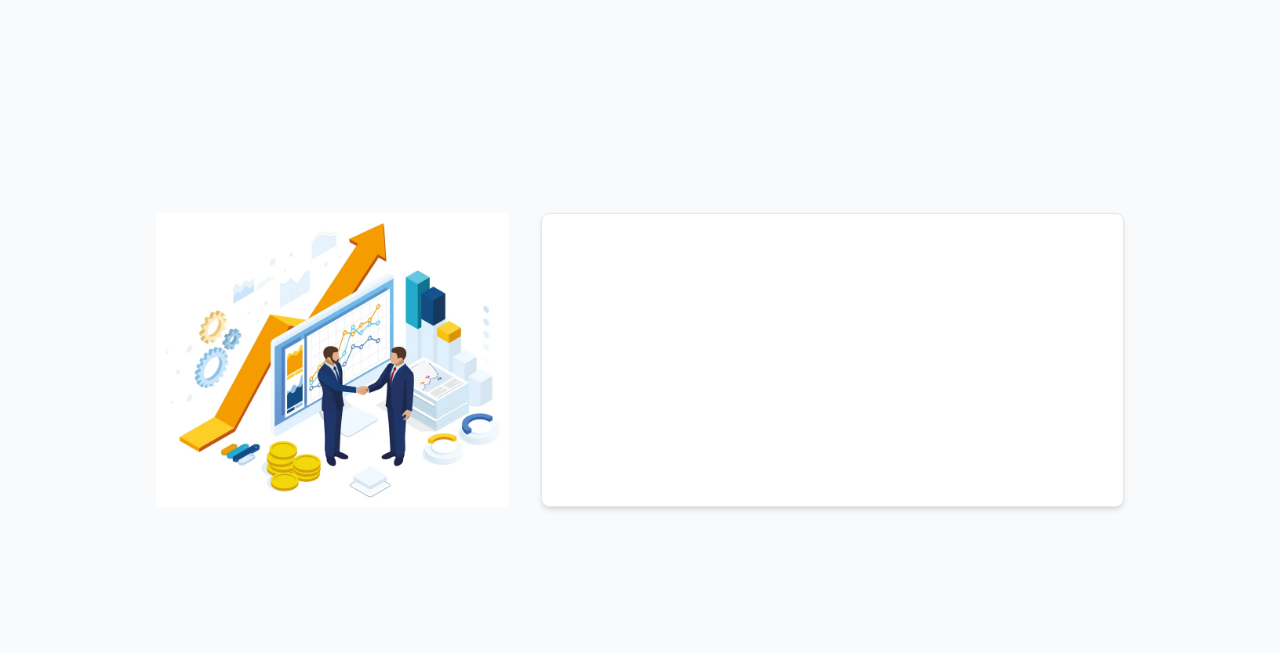
Repository: Fortivera/yourestate
Page: /
An editor plug-in stored every save of this project. The page is shown before and after the next save, followed by the edit.
The browser window is 1280 px wide. The pictures show the whole page.
The project was rebuilt for these pictures with package versions that can differ from the ones it lists, and the page was loaded fresh each time. The framework's server and built-in components were replaced by stand-ins that run in the browser. Also part of the build but not shown: next.config.js.

Above is the page before, as saved 2023-11-02 15:10:25.

### src/app/layout.tsx
import './globals.css'



export const metadata = {
  title: 'Home',
  description: "great explanation of something",
}

export default function RootLayout({ children }: { children: React.ReactNode }) {
  return (
    <html lang="en">
      <body>
        {children}
      </body>
    </html>
  );
}

### src/app/page.tsx
import Link from "next/link";
import Image from "next/image";
import SvgNewUser from "public/static/SvgNewUser";
import SvgPassword from "public/static/SvgPassword";

export default function Login() {
  return (
    <div className="min-h-screen bg-gray-50 flex items-center justify-center">
      <div className="w-full px-4 py-10 tablet:w-[540px] laptop:w-[1000px] laptop:flex laptop:flex-row laptop:space-x-8">
        {/* Image */}
        <figure className="laptop:w-[600px] tablet:w-full">
          <Image
            src="/static/growth.jpg"
            alt="login page picture"
            layout="responsive"
            width={600} // Set a fixed width for desktop and laptop
            height={400} // Adjust the height as needed
            className="w-full"
          />
        </figure>

        {/* Form */}
        <div className="w-full px-4 pb-8 pt-2 bg-white border rounded-lg shadow-md">
          {/* ... rest of the code ... */}
        </div>
      </div>
    </div>
  );
}

### src/app/globals.css

@import url('https://fonts.googleapis.com/css2?family=Lora:ital,wght@0,400;0,500;0,600;1,400;1,500;1,600&family=Montserrat:ital,wght@0,300;0,400;0,500;0,600;1,300;1,400;1,500;1,600&family=Poppins:ital,wght@0,300;0,400;0,500;0,600;0,700;0,800;0,900;1,300;1,400;1,500;1,600;1,700;1,800;1,900&family=Noto+Sans:ital,wght@0,300;0,400;0,500;0,600;0,700;0,800;0,900;1,300;1,400;1,500;1,600;1,700;1,800;1,900&display=swap');

@tailwind base;
@tailwind components;
@tailwind utilities;

.navbarDark{
  background-color:rgb(45 48 56 );
  color: #ddd;
}
.navbarLight {
  background-color: rgb(59 130 246 / 0.5);
  color: black;
}
.propertyListLight {
  background-color: rgb(249 250 251);
  color: black;
  border-color: rgb(229 231 235);
  }
.propertyListDark {
  background-color:rgb(45 48 56 / 0.95);
  color: #ddd;

}
.searchbarLight {
  background-color: rgb(248 250 252);
  color: black;

}
.searchbarDark {
  background-color:rgb(100 116 139 / 0.6);
  color: #ddd;
}
.propertyLight {
  background-color: rgb(249 250 251);
  color: black;

}
.propertyDark {
  background-color:rgb(45 48 56 / 0.95);
  color: #ddd;
}

### tailwind.config.js
/* eslint-disable prettier/prettier */
/** @type {import('tailwindcss').Config} */
module.exports = {
  content: [
    "./app/**/*.{js,ts,jsx,tsx}",
    "./pages/**/*.{js,ts,jsx,tsx}",
    "./components/**/*.{js,ts,jsx,tsx}",

    // Or if using `src` directory:
    "./src/**/*.{js,ts,jsx,tsx}",
  ],
  theme: {
    extend: {
      fontFamily: {
        Poppins: ["Poppins", "sans-serif"],
        Montserrat: ["Montserrat", "sans-serif"],
        Lora: ["Lora", "sans-serif"],
        Noto: ["Noto Sans", "sans-serif"],
      },
      screens: {
        'mobile': "320px",
        'tablet': "481px",
        'laptop': "769px",
       ' desktop': "1025px",
      },


    },
    plugins: [],
  },
}

### public/static/SvgNewUser.tsx
import * as React from "react"
import { SVGProps } from "react"
const SvgNewUser = (props: SVGProps<SVGSVGElement>) => (
  <svg
    xmlns="http://www.w3.org/2000/svg"
    width={800}
    height={800}
    fill="none"
    viewBox="0 0 24 24"
    {...props}
  >
    <g fill="#000" fillRule="evenodd" clipRule="evenodd">
      <path d="M12 2.75a3.75 3.75 0 1 0 0 7.5 3.75 3.75 0 0 0 0-7.5ZM6.75 6.5a5.25 5.25 0 1 1 10.5 0 5.25 5.25 0 0 1-10.5 0ZM4.25 18.571a5.321 5.321 0 0 1 5.321-5.321h4.858a5.321 5.321 0 0 1 5.321 5.321 4.179 4.179 0 0 1-4.179 4.179H8.43a4.179 4.179 0 0 1-4.179-4.179Zm5.321-3.821a3.821 3.821 0 0 0-3.821 3.821c0 1.48 1.2 2.679 2.679 2.679h7.142c1.48 0 2.679-1.2 2.679-2.679 0-2.11-1.71-3.821-3.821-3.821H9.57Z" />
    </g>
  </svg>
)
export default SvgNewUser

### public/static/SvgPassword.tsx
import * as React from "react"
import { SVGProps } from "react"
const SvgPassword = (props: SVGProps<SVGSVGElement>) => (
    <svg
        xmlns="http://www.w3.org/2000/svg"
        width={800}
        height={800}
        fill="none"
        viewBox="0 0 24 24"
        {...props}
    >
        <g fill="#000" fillRule="evenodd" clipRule="evenodd">
            <path d="M4.51 14.999a.689.689 0 0 1 .975 0l1.75 1.749a.689.689 0 0 1-.975.974l-1.75-1.75a.689.689 0 0 1 0-.973ZM6.698 12.812a.689.689 0 0 1 .974 0l1.749 1.75a.689.689 0 0 1-.974.974l-1.75-1.75a.689.689 0 0 1 0-.974Z" />
            <path d="M18.752 5.232c-2.32-2.313-6.075-2.312-8.386 0h-.001c-1.612 1.604-2.1 3.915-1.472 5.958.075.243.009.509-.172.69L3.74 16.86a.975.975 0 0 0-.184.341.912.912 0 0 0-.055.38l.001.006.262 1.901a.912.912 0 0 0 .262.474.857.857 0 0 0 .462.256l1.913.263c.08.012.223.003.385-.05a.838.838 0 0 0 .324-.177l.008-.007 4.995-4.986a.688.688 0 0 1 .692-.17c2.028.634 4.34.14 5.956-1.466a5.94 5.94 0 0 0-.009-8.393Zm-9.36-.975c2.85-2.85 7.475-2.848 10.332 0 2.86 2.849 2.86 7.493.01 10.342l-.001.002A7.316 7.316 0 0 1 12.8 16.52l-4.707 4.698a2.19 2.19 0 0 1-.883.523c-.309.1-.668.152-1.006.104h-.003L4.3 21.582c-.491-.069-.928-.326-1.25-.65a2.279 2.279 0 0 1-.649-1.24l-.001-.01-.262-1.902v-.003a2.26 2.26 0 0 1 .111-1.012c.102-.305.27-.625.505-.868l.007-.007 4.703-4.702c-.591-2.404.043-5.056 1.928-6.932Z" />
            <path d="M14.62 8.302a1.06 1.06 0 1 0 0 2.121 1.06 1.06 0 0 0 0-2.121Zm-2.438 1.06a2.438 2.438 0 1 1 4.876 0 2.438 2.438 0 0 1-4.877 0Z" />
        </g>
    </svg>
)
export default SvgPassword

After the next save:
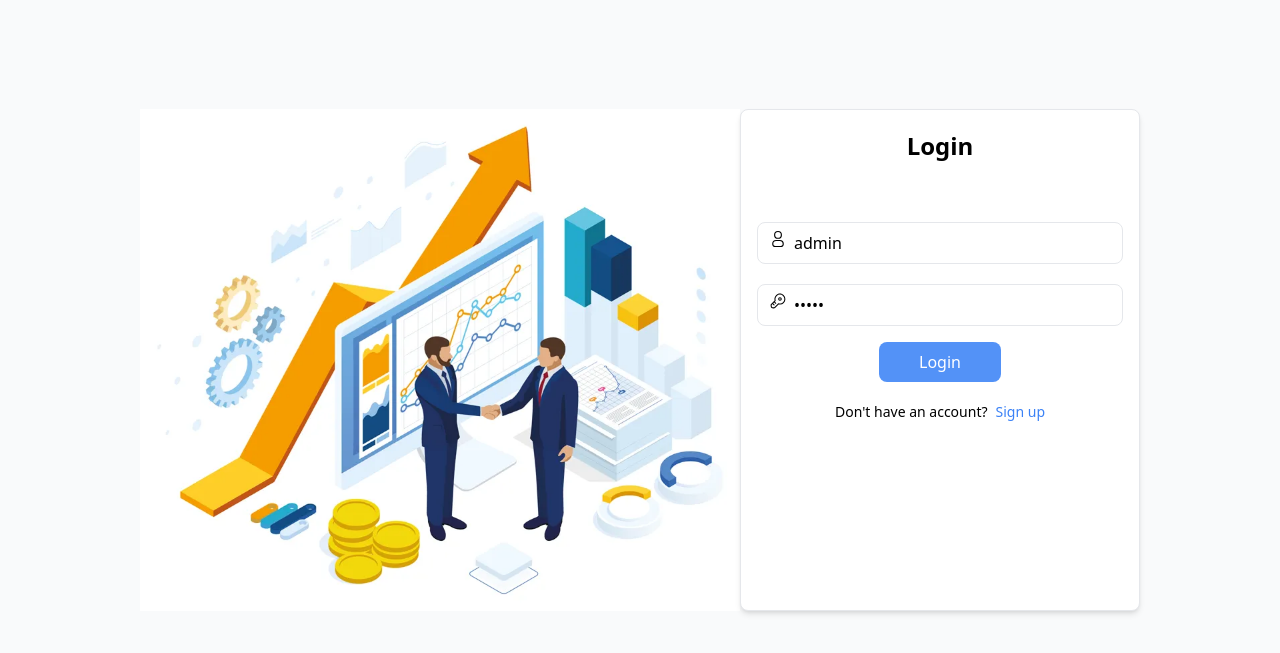
Saved 38 s later.
--- a/src/app/page.tsx
+++ b/src/app/page.tsx
@@ -1,29 +1,45 @@
-import Link from "next/link";
-import Image from "next/image";
-import SvgNewUser from "public/static/SvgNewUser";
-import SvgPassword from "public/static/SvgPassword";
+import Link from "next/link"
+import Image from "next/image"
+import SvgNewUser from "public/static/SvgNewUser"
+import SvgPassword from "public/static/SvgPassword"
 
 export default function Login() {
   return (
     <div className="min-h-screen bg-gray-50 flex items-center justify-center">
-      <div className="w-full px-4 py-10 tablet:w-[540px] laptop:w-[1000px] laptop:flex laptop:flex-row laptop:space-x-8">
-        {/* Image */}
-        <figure className="laptop:w-[600px] tablet:w-full">
-          <Image
-            src="/static/growth.jpg"
-            alt="login page picture"
-            layout="responsive"
-            width={600} // Set a fixed width for desktop and laptop
-            height={400} // Adjust the height as needed
-            className="w-full"
-          />
-        </figure>
+      <div className="flex justify-center items-center w-full px-4 py-10 tablet:w-[540px] ">
+        <div className="flex laptop:flex-row tablet:flex-col mobile:flex-col">
+          <figure className="laptop:w-[600px]  ">
+            <Image src="/static/growth.jpg" alt="login page picture" layout="responsive" width={500} height={700} className={""} />
+          </figure>
+          <div className="flex flex-col items-center w-[400px] px-4 pb-6 pt-5 bg-white border rounded-lg shadow-md">
+            <h1 className="text-2xl font-semibold text-center mb-4">Login</h1>
 
-        {/* Form */}
-        <div className="w-full px-4 pb-8 pt-2 bg-white border rounded-lg shadow-md">
-          {/* ... rest of the code ... */}
+            <div className="w-full mt-10 mb-4 relative">
+              <label className="text-sm" htmlFor="Name">
+                <SvgNewUser width={18} height={18} className={"absolute left-3 top-3"} />
+              </label>
+              <input defaultValue="admin" id="Name" type="text" name="Name" placeholder="Username" autoComplete="given-name" required className="block w-full border rounded-lg py-2 pl-9 mt-1 focus:ring focus:ring-blue-300" />
+            </div>
+
+            <div className="w-full mb-4 relative">
+              <label className="text-sm" htmlFor="Password">
+                <SvgPassword width={18} height={18} className={"absolute left-3 top-3"} />
+              </label>
+              <input defaultValue="admin" id="Password" type="password" name="Password" placeholder="Password" required className="block w-full border rounded-lg py-2 pl-9 mt-1 focus:ring focus:ring-blue-300" />
+            </div>
+
+            <button type="button" aria-label="Sign-in button" className="bg-[#5392f7] text-white rounded-lg w-1/3 py-2 mb-4 hover:bg-[#3b83f6]">
+              <Link href="/dashboard">Login</Link>
+            </button>
+            <div className="flex text-sm justify-center">
+              <div className="p-1">Don't have an account?</div>
+              <Link href="/user" className="text-blue-500 hover:underline p-1">
+                Sign up
+              </Link>
+            </div>
+          </div>
         </div>
       </div>
     </div>
-  );
+  )
 }
